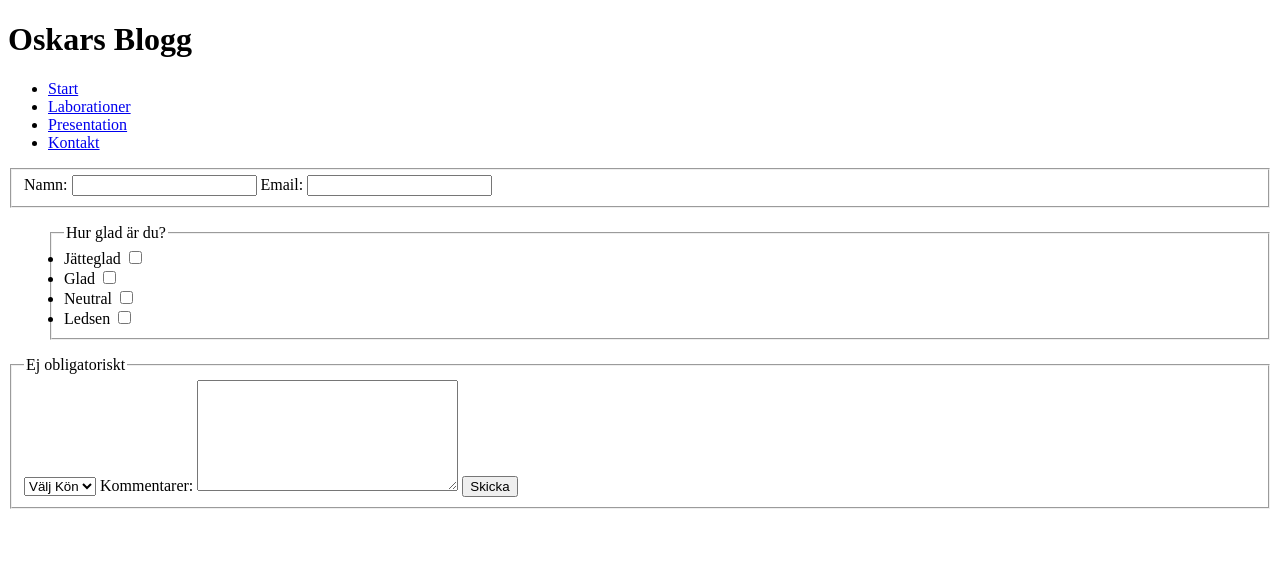
Repository: oe222bu/1ik415-laborationer
Page: Pages/kontakt.html
The author's editor kept a record of every edit. The page is drawn from the files as they stood at one moment, then again after the next edit.
The browser window is 1280 px wide. The pictures show the whole page.

Above is the page before.

### Pages/kontakt.html
<!DOCTYPE HTML>
<html>


<html lang="sv">
<head>
<meta charset="utf-8" />
<title>Webbteknisk labb</title>
</head>
<body>

<h1>Oskars Blogg</h1>
<ul>
<li><a href="../Pics/index.html">Start</a></li>
<li><a href="laborationer.html">Laborationer</a></li>
<li><a href="Presentation.html">Presentation</a></li>
<li><a href="kontakt.html">Kontakt</a></li>
        </ul>


       <form action="http://voyager.lnu.se/tekinet/kurser/dtt/wp_webbintro/form.php" method="POST">
<fieldset>Namn: <input type="text" name="name" id="name" value="" />
          Email: <input type="text" name="email" id="email" value="" /></fieldset>
          <ul>

         <fieldset>
        <legend>Hur glad är du?</legend>
          <li><label for="Jätteglad">Jätteglad</label> <input type="checkbox" name="Jätteglad" id="Jätteglad" value="Jätteglad"></li>
<li><label for="Glad">Glad</label> <input type="checkbox" name="Glad" id="Glad" value="Glad"></li>
          <li><label for="Neutral">Neutral</label> <input type="checkbox" name="Neutral" id="Neutral" value="Neutral"></li>
<li><label for="Ledsen">Ledsen</label> <input type="checkbox" name="Ledsen" id="Ledsen" value="Ledsen"></li>
</ul></fieldset>
<fieldset>
            <legend>Ej obligatoriskt</legend>
          <label for="Kön"></label>
          <select name="Kön" id="Kön">
          <option value="Kön">Välj Kön</option>
          <option value="Man">Man</option>
          <option value="Kvinna">Kvinna</option>
          </select>
          Kommentarer: <textarea name="comments" id="comments" cols="30" rows="7"></textarea>

           <input type="submit" value="Skicka"/>
           </fieldset>

       </form>







</body>
</html>

After the next edit:
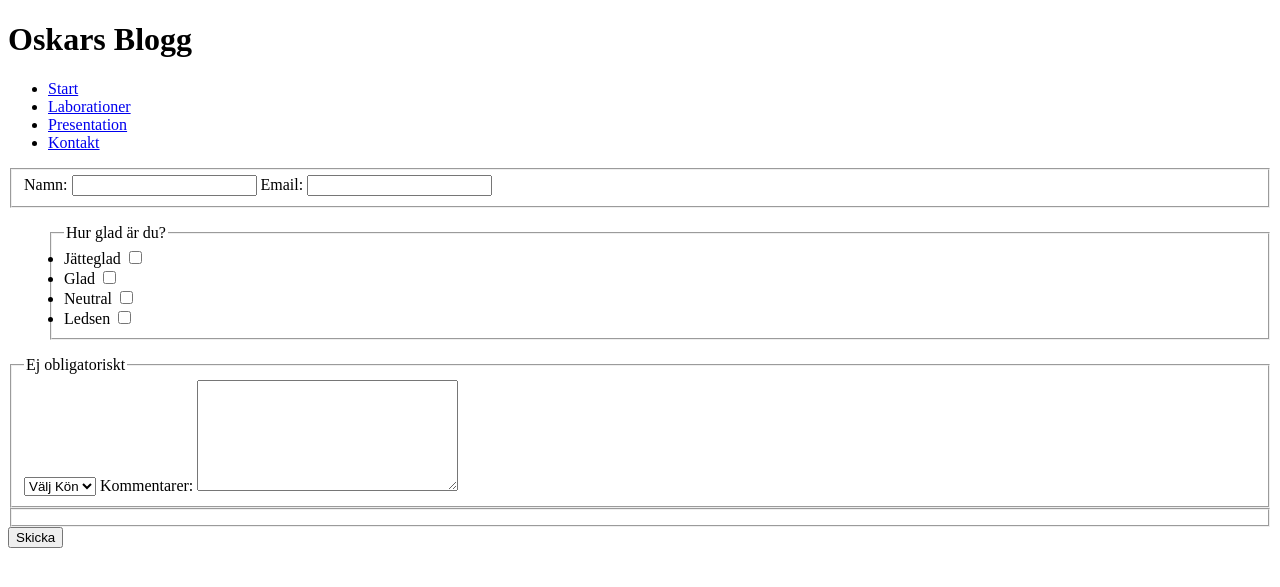
The edit:
--- a/Pages/kontakt.html
+++ b/Pages/kontakt.html
@@ -40,8 +40,12 @@
           </select>
           Kommentarer: <textarea name="comments" id="comments" cols="30" rows="7"></textarea>
 
+
+           </fieldset>
+           <fieldset>
+
+           </fieldset>
            <input type="submit" value="Skicka"/>
-           </fieldset>
 
        </form>
 
